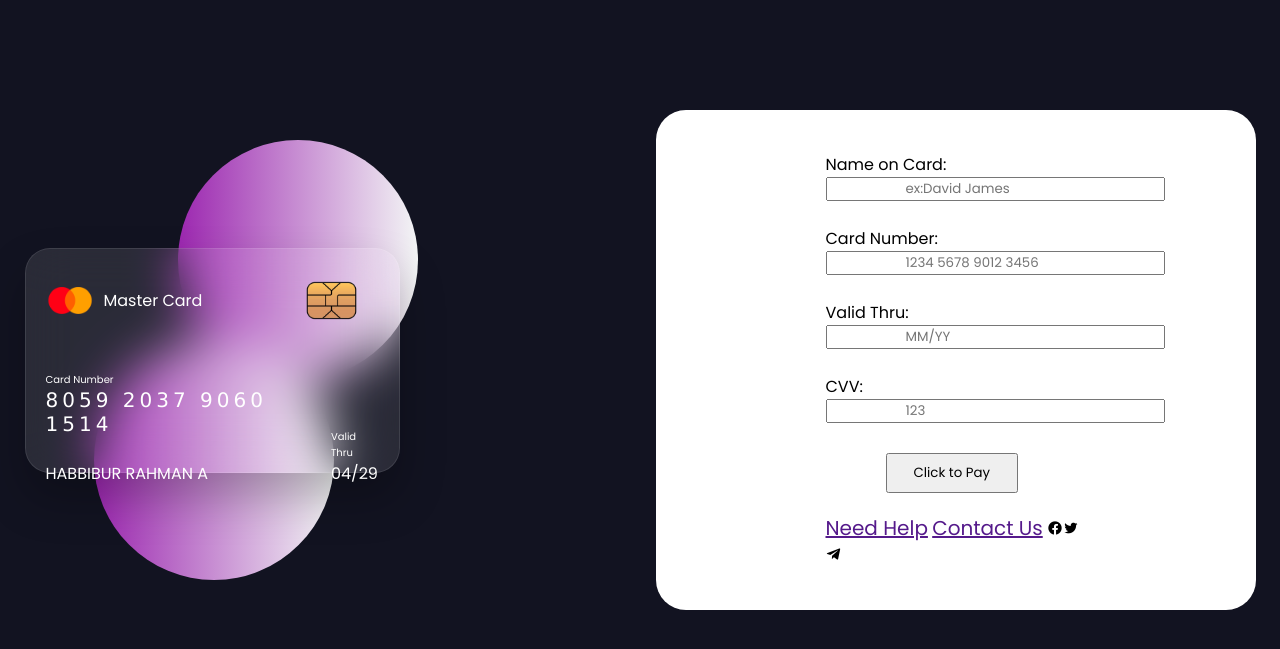
Repository: Habeebur1493/-002-Prompt
Page: index.html
The author's editor kept a copy of each file at every save. The page is drawn from the files as they stood at one save, then again after a run of saves.
The browser window is 1280 px wide. The pictures show the whole page.

Above is the page before, as saved 2024-09-11 01:38:09.

### index.html
<!DOCTYPE html>
<html lang="en">
<head>
    <meta charset="UTF-8">
    <meta name="viewport" content="width=device-width, initial-scale=1.0">
    <title>Flip Card</title>
    <link rel="stylesheet" href="style.css">
    <link href='https://unpkg.com/boxicons@2.1.4/css/boxicons.min.css' rel='stylesheet'>
</head>
<body>
    <section>
        <div class="container">
            <div class="card front-face">
                <header>
                    <span class="logo">
                        <img src="Mastercard-Logo.webp" alt="">
                        <h5>Master Card</h5>
                    </span>
                    <img src="file (1).png" alt="" class="chip">
                </header>

                <div class="card-details">
                    <div class="name-number">
                        <h6>Card Number</h6>
                        <h5 class="number">8059 2037 9060 1514</h5>
                        <h5 class="name">HABBIBUR RAHMAN A</h5>
                    </div>
                    <div class="valid-date">
                        <h6>Valid Thru</h6>
                        <h5>04/29</h5>
                    </div>
                </div>
            </div>
            <div class="card back-face">
                <h6>
                    For customer service call +900 1400 1800 or email at mastercard@gmai.com
                </h6>
                <span class="magnetic-strip">
                    <div class="signature"><i>005</i></div>
                    <h5>
                        HDFC Millennia Debit Card
                    </h5>
                    <h6>Yours is a life where creating and living the moments matters more than making money.
                    </h6>
                </span>
            </div>
        </div>
        <div class="content">
            <form action="">
                <label for="name">Name on Card:</label>
                <input type="text" id="name" placeholder="ex:David James" required>
                <br>
                <label for="number">Card Number:</label>
                <input type="number" id="number" placeholder="1234 5678 9012 3456" required>
                <br>
                <label for="valid">Valid Thru:</label>
                <input type="text" id="valid" placeholder="MM/YY" required>
                <br>
                <label for="cvv">CVV:</label>
                <input type="number" id="cvv" placeholder="123" required>
                <br>
                <button>Click to Pay</button>
                <div class="data">
                    <a href="">Need Help</a>
                    <a href="">Contact Us</a>
                    <i class='bx bxl-facebook-circle'></i><i class='bx bxl-twitter' ></i><i class='bx bxl-telegram' ></i>
                </div>


            </form>

        </div>
    </section>



</body>
</html>

### style.css
@import url('https://fonts.googleapis.com/css2?family=Poppins:ital,wght@0,100;0,200;0,300;0,400;0,500;0,600;0,700;0,800;0,900;1,100;1,200;1,300;1,400;1,500;1,600;1,700;1,800;1,900&display=swap');

*{
    margin: 0;
    padding: 0;
    box-sizing: border-box;
    font-family: "Poppins", sans-serif;
}
section{
    position: relative;
    min-height: 100vh;
    width: 100%;
    background: #121321;
    display: flex;
    align-items: center;
    justify-content: center;
    color: #fff;
    perspective: 1000px;

}
section::before {
    content: "";
    position: absolute;
    height: 240px;
    width: 240px;
    border-radius: 50%;
    transform: translate(-150px, -100px);
    background: linear-gradient(90deg, #9c27b0, #f3f5f5);
    margin-right: 30%;
}
section::after {
    content: "";
    position: absolute;
    height: 240px;
    width: 240px;
    border-radius: 50%;
    transform: translate(150px, 100px);
    background: linear-gradient(90deg, #9c27b0, #f3f5f5);
    margin-right: 90%;
}

.container{
    position: relative;
    height: 225px;
    width: 375px;
    z-index: 100;
    transition: 0.6s;
    transform-style: preserve-3d;
    margin-right: 10%;

}
.container:hover{
    transform: rotateY(180deg);
}
.container .card{
    position: absolute;
    height: 100%;
    width: 100%;
    padding: 20px;
    border-radius: 25px;
    backdrop-filter: blur(25px);
    background: rgba(255, 255, 255, 0.1);
    box-shadow: 0 25px 45px rgba(0, 0, 0, 0.25);
    border: 1px solid rgba(255, 255, 255, 0.1);
    backface-visibility: hidden;
}
.front-face header,
.front-face .logo{
    display: flex;
    align-items: center;
}
.front-face header{
    justify-content: space-between;
}
.front-face .logo img {
    width: 48px;
    margin-right: 10px;

}
h5{
    font-size: 16px;
    font-weight: 400;
}
.front-face .chip{
    width: 95px;
}
.front-face .card-details{
    display: flex;
    margin-top: 40px;
    align-items: flex-end;
    justify-content: space-between;
}
h6{
    font-size: 10px;
    font-weight: 400;

}
h5.number{
    font-size: 20px;
    padding: 0;
    letter-spacing: 4px;
    font-family: Geneva;
}
h5.name{
    margin-top: 25px
}
.card.back-face{
    border: none;
    padding: 15px 25px 25px 25px;
    transform: rotateY(180deg);
}
.card.back-face h6{
    font-size: 8px;
}
.card.back-face .magnetic-strip{
    position: absolute;
    top: 40px;
    left: 0;
    height: 45px;
    width: 100%;
    background: #000;
}

.card.back-face .signature{
    display: flex;
    justify-content: flex-end;
    align-items: center;
    margin-top: 80px;
    height: 40px;
    width: 85%;
    border-radius: 6px;
    background: repeating-linear-gradient(
        #fff,
        #fff 3px,
        #efefef 0px,
        #efefef 9px);
}
.signature i {
    color: #000;
    font-size: 12px;
    padding: 4px 6px;
    border-radius: 4px;
    background-color: #fff;
    margin-right: -30px;
    z-index: -1;

}
.card.back-face h5{
    align-items: center;
    margin-left: 25%;
    font-size: 12px;
    margin-top: 15px;
}
.card.back-face h6{
    align-items: center;
    margin-left: 5%;
    font-size: 7px;
    margin-top: 1px;
}

.content{
    height: 500px;
    width: 600px;
    background-color: #fff;
    margin-left: 10%;
    border-radius: 30px;
    display: flex;
    flex-direction: column;
    justify-content: center;
    align-items: center;
}



.content > form{
    color: black;
    display: flex;
    flex-direction: column;
    justify-content: center;
    align-items: flex-start;
    height: 70%;
    width: 60%;
    padding: 50px;
    border-radius: 20px;
}
.content input{
    padding-left: 30%;
}
.content button{
    margin-top: 5px;
    margin-left: 60px;
    padding: 8px 26px;
}

.data{
    margin-top: 20px;
}

.data a{
    font-size: 20px;
}

After the next 2 saves:
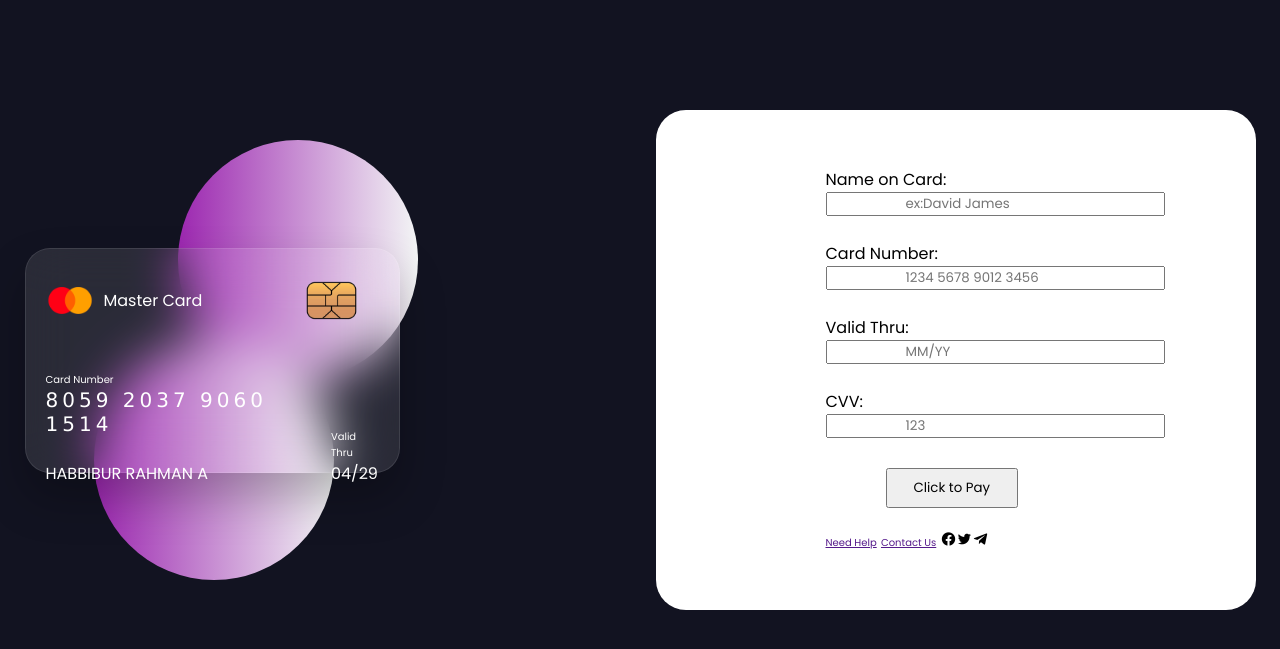
The 2 saves are shown as one change because they came seconds apart.
The last was saved 7 s later.
--- a/style.css
+++ b/style.css
@@ -197,5 +197,5 @@
 }
 
 .data a{
-    font-size: 20px;
-}
+    font-size: 10px;
+}
